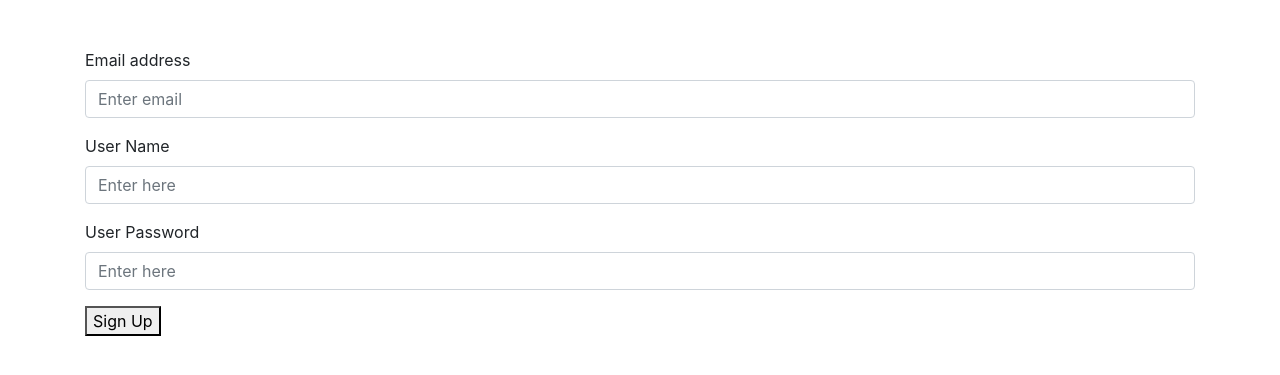
Repository: priyaadya/spring-practice-codes
Page: http://localhost/mvcspring/contact
An editor plug-in stored every save of this project. The page is shown before and after the next save, followed by the edit.
The browser window is 1280 px wide. The pictures show the whole page.
Some web libraries are served in a nearby version. The page is served by Tomcat 9. Other server files are loaded and not shown.

Above is the page before, as saved 2023-06-04 05:51:24.

### mvcspring/src/main/webapp/WEB-INF/spring-servlet.xml
<?xml version="1.0" encoding="UTF-8"?>
<beans xmlns="http://www.springframework.org/schema/beans"
       xmlns:xsi="http://www.w3.org/2001/XMLSchema-instance"
       xmlns:p="http://www.springframework.org/schema/p"
       xmlns:context="http://www.springframework.org/schema/context"
       xsi:schemaLocation="http://www.springframework.org/schema/beans
            http://www.springframework.org/schema/beans/spring-beans.xsd
            http://www.springframework.org/schema/context
            http://www.springframework.org/schema/context/spring-context-3.0.xsd">


            <context:component-scan base-package="mvcspring"></context:component-scan>

            <bean class="org.springframework.web.servlet.view.InternalResourceViewResolver" name="viewResolver">
            <property name="prefix" value="/WEB-INF/views/"></property>
            <property name="suffix" value=".jsp"></property>
            </bean>





</beans>

### mvcspring/src/main/webapp/WEB-INF/views/contact.jsp
<%@ page language="java" contentType="text/html; charset=ISO-8859-1"
    pageEncoding="ISO-8859-1"%>
<!doctype html>
<html lang="en">
  <head>
    <!-- Required meta tags -->
    <meta charset="utf-8">
    <meta name="viewport" content="width=device-width, initial-scale=1, shrink-to-fit=no">

    <!-- Bootstrap CSS -->
    <link rel="stylesheet" href="https://cdn.jsdelivr.net/npm/bootstrap@4.0.0/dist/css/bootstrap.min.css" integrity="sha384-Gn5384xqQ1aoWXA+058RXPxPg6fy4IWvTNh0E263XmFcJlSAwiGgFAW/dAiS6JXm" crossorigin="anonymous">

    <title>Hello, world!</title>
  </head>
  <body>

<div class="container mt-5">
<form>

  <div class="form-group">
    <label for="exampleInputEmail1">Email address</label>
    <input type="email" class="form-control" id="exampleInputEmail1" aria-describedby="emailHelp" placeholder="Enter email">
  </div>
<div class="form-group">
    <label for="userName">User Name</label>
    <input type="text" class="form-control" id="userName" placeholder="Enter here">
  </div>

  <div class="form-group">
    <label for="userPassword">User Password</label>
    <input type="text" class="form-control" id="userPassword" placeholder="Enter here">
  </div>

  <button type="submit">Sign Up</button>


</form>
</div>


    <!-- Optional JavaScript -->
    <!-- jQuery first, then Popper.js, then Bootstrap JS -->
    <script src="https://code.jquery.com/jquery-3.2.1.slim.min.js" integrity="sha384-KJ3o2DKtIkvYIK3UENzmM7KCkRr/rE9/Qpg6aAZGJwFDMVNA/GpGFF93hXpG5KkN" crossorigin="anonymous"></script>
    <script src="https://cdn.jsdelivr.net/npm/popper.js@1.12.9/dist/umd/popper.min.js" integrity="sha384-ApNbgh9B+Y1QKtv3Rn7W3mgPxhU9K/ScQsAP7hUibX39j7fakFPskvXusvfa0b4Q" crossorigin="anonymous"></script>
    <script src="https://cdn.jsdelivr.net/npm/bootstrap@4.0.0/dist/js/bootstrap.min.js" integrity="sha384-JZR6Spejh4U02d8jOt6vLEHfe/JQGiRRSQQxSfFWpi1MquVdAyjUar5+76PVCmYl" crossorigin="anonymous"></script>
  </body>
</html>

### mvcspring/src/main/java/mvcspring/controller/ContactController.java
package mvcspring;

import org.springframework.stereotype.Controller;
import org.springframework.web.bind.annotation.RequestMapping;


@Controller
public class ContactController {

	@RequestMapping("/contact")
	public String showForm() {
		return "contact";

	}

}

### mvcspring/src/main/java/mvcspring/controller/HomeController.java
package mvcspring;

import java.time.LocalDateTime;
import java.util.ArrayList;
import java.util.List;

import org.springframework.stereotype.Controller;
import org.springframework.ui.Model;
import org.springframework.web.bind.annotation.RequestMapping;
import org.springframework.web.bind.annotation.RequestMethod;
import org.springframework.web.servlet.ModelAndView;

@Controller
@RequestMapping(path="/home",method=RequestMethod.GET)
public class HomeController {


	@RequestMapping("/home")
	public String home(Model model)
	{
		System.out.println("this is home url");
		model.addAttribute("name", "priya");
		model.addAttribute("id", 1234);
		List<String> friends=new ArrayList<String>();
		friends.add("arya");
		friends.add("avi");
		friends.add("sharan");
		friends.add("punit");

		model.addAttribute("f", friends);
		return "index";
	}

	@RequestMapping("/about")
	public String about() {
		System.out.println("this is about controller");
		return "about";

	}

	@RequestMapping("/help")
	public ModelAndView help() {
		System.out.println("This is help controller");


		//creating the ModelAnd View object
		ModelAndView modelAndView=new ModelAndView();

		//Setting the data
		modelAndView.addObject("name", "adya");
		modelAndView.addObject("rollnumber", 1234);
		LocalDateTime now=LocalDateTime.now();
	modelAndView.addObject("time", now);

	List<Integer>list=new ArrayList<Integer>();
	list.add(12);
	list.add(13);
	list.add(14);
	list.add(15);
	list.add(16);

	modelAndView.addObject("marks", list);

		//setting the viewname
		modelAndView.setViewName("help");
		return modelAndView ;

	}

}

After the next save:
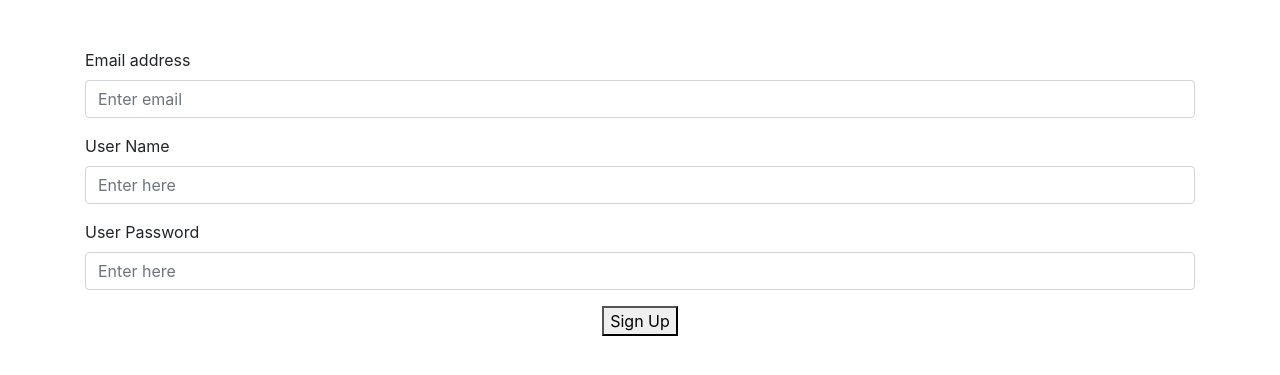
Saved 95 s later.
--- a/mvcspring/src/main/webapp/WEB-INF/views/contact.jsp
+++ b/mvcspring/src/main/webapp/WEB-INF/views/contact.jsp
@@ -30,8 +30,9 @@
     <label for="userPassword">User Password</label>
     <input type="text" class="form-control" id="userPassword" placeholder="Enter here">
   </div>
-
+  <div class="container text-center">
   <button type="submit">Sign Up</button>
+  </div>
 
 
 </form>
